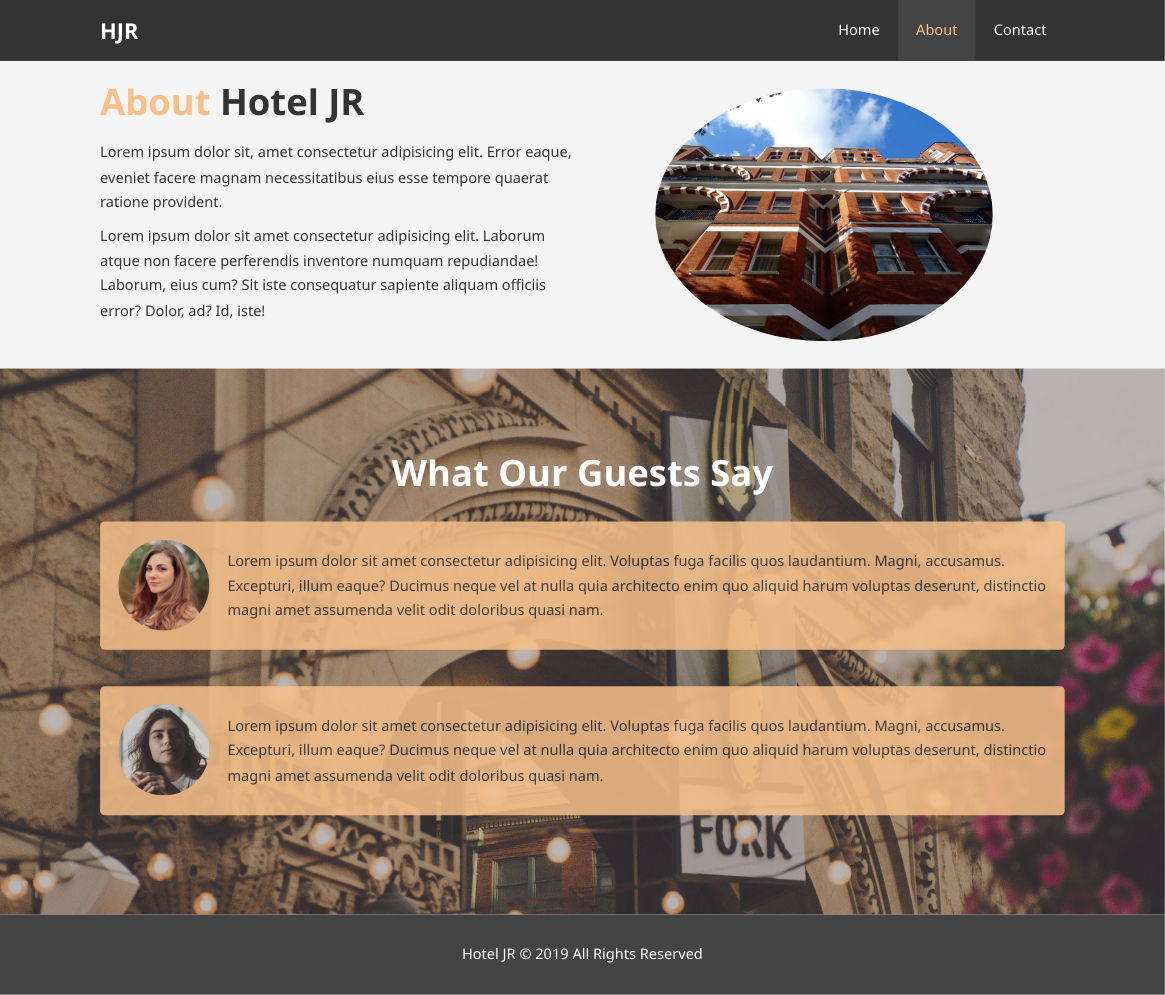
Repository: dimlutine/Hotel-Project
Page: about.html
These files come from the project's save history. The page is drawn as it stood at one moment and after the next save; the edit follows.
The browser window is 1280 px wide. The pictures show the whole page, at 91% of full size.

Above is the page before, as saved 2019-07-06 17:02:15.

### about.html
<!DOCTYPE html>
<html lang="en">

<head>
    <meta charset="UTF-8">
    <meta name="viewport" content="width=device-width, initial-scale=1.0">
    <meta http-equiv="X-UA-Compatible" content="ie=edge">
    <meta name="description" content="Welcome to the neatest hotel in Durham, North Carolina!">
    <meta name="keywords" content="hotel,durham hotel, north carolina hotel, rdu hotel">
    <link rel="stylesheet" href="css/style.css">
    <link rel="stylesheet" media="screen and (max-width: 768px)" href="css/mobile.css">

    <title>Hotel JR | About</title>
</head>

<body>
    <header>
        <nav id="navbar">
            <div class="container">
                <h1 class="logo"><a href="index.html">HJR</a></h1>
                <ul>
                    <li><a href="index.html">Home</a></li>
                    <li><a class="current" href="about.html">About</a></li>
                    <li><a href="contact.html">Contact</a></li>
                </ul>
            </div>

        </nav>

    </header>
    <section id="about-info" class="bg-light py-3">
        <div class="container">
            <div class="info-left">
                <h1 class="l-heading"><span class="text-primary">About</span> Hotel JR</h1>
                <p>Lorem ipsum dolor sit, amet consectetur adipisicing elit. Error eaque, eveniet facere magnam necessitatibus eius esse tempore quaerat ratione provident.</p>
                <p>Lorem ipsum dolor sit amet consectetur adipisicing elit. Laborum atque non facere perferendis inventore numquam repudiandae! Laborum, eius cum? Sit iste consequatur sapiente aliquam officiis error? Dolor, ad? Id, iste!</p>
            </div>
            <div class="info-right">
                <img src="./img/photo-2.jpg" alt="hotel">
            </div>
        </div>
    </section>
    <div class="clr"></div>
    <section id="testimonials" class="py-3">
        <div class="container">
            <h2 class="l-heading">What Our Guests Say</h2>
            <div class="testimonial bg-primary">
                <img src="./img/person-1.jpg" alt="Some Chick">
                <p>Lorem ipsum dolor sit amet consectetur adipisicing elit. Voluptas fuga facilis quos laudantium. Magni, accusamus. Excepturi, illum eaque? Ducimus neque vel at nulla quia architecto enim quo aliquid harum voluptas deserunt, distinctio magni
                    amet assumenda velit odit doloribus quasi nam.</p>

            </div>
            <div class="testimonial bg-primary">
                <img src="./img/person-2.jpg" alt="Some Other Chick">
                <p>Lorem ipsum dolor sit amet consectetur adipisicing elit. Voluptas fuga facilis quos laudantium. Magni, accusamus. Excepturi, illum eaque? Ducimus neque vel at nulla quia architecto enim quo aliquid harum voluptas deserunt, distinctio magni
                    amet assumenda velit odit doloribus quasi nam.</p>

            </div>
        </div>
    </section>
    <footer id="main-footer">
        <p>Hotel JR &copy; 2019 All Rights Reserved</p>
    </footer>
</body>

</html>

### css/style.css
* {
    padding: 0;
    margin: 0;
    box-sizing: border-box;
}

html,
body {
    font-family: 'Segoe UI', 'Segoe UI', Tahoma, Geneva, Verdana, sans-serif;
    line-height: 1.7em;
}

a {
    color: #333;
    text-decoration: none;
}

h1,
h2,
h3 {
    padding-bottom: 20px;
}

p {
    margin: 10px 0;
}


/* Utilities */

.container {
    margin: auto;
    max-width: 1100px;
    overflow: auto;
    padding: 0 20px;
}

.text-primary {
    color: #f7c08a;
}

.lead {
    font-size: 20px;
}

.btn {
    display: inline-block;
    font-size: 18px;
    color: #fff;
    background: #333;
    padding: 13px 20px;
    border: none;
    cursor: pointer;
}

.btn:hover {
    background: #f7c08a;
    color: #333;
}

.btn-light {
    background: #f4f4f4;
    color: #333;
}

.bg-dark {
    background: #333;
    color: #fff;
}

.bg-light {
    background: #f4f4f4;
    color: #333;
}

.bg-primary {
    background: #f7c08a;
    color: #333;
}

.clr {
    clear: both;
}

.l-heading {
    font-size: 40px;
}


/* Padding */

.py-1 {
    padding: 10px 0;
}

.py-2 {
    padding: 20px 0;
}

.py-3 {
    padding: 30px 0;
}

#navbar {
    background: #333;
    color: #fff;
    overflow: auto;
}

#navbar a {
    color: #fff;
}

#navbar .logo {
    float: left;
    padding-top: 20px;
}

#navbar ul {
    float: right;
    list-style: none;
}

#navbar ul li {
    float: left;
}

#navbar ul li a {
    display: block;
    padding: 20px;
    text-align: center;
}

#navbar ul li a:hover,
#navbar ul li a.current {
    background: #444;
    color: #f7c08a;
}


/* Showcase */

#showcase {
    background: url('../img/showcase.jpg') no-repeat center center/cover;
    height: 600px;
}

#showcase .showcase-content {
    color: #fff;
    text-align: center;
    padding-top: 170px;
}

#showcase .showcase-content h1 {
    font-size: 60px;
    line-height: 1.2em;
}

#showcase .showcase-content p {
    padding-bottom: 20px;
    line-height: 1.7em;
}


/* Home Info */

#home-info {
    height: 450px;
}

#home-info .info-img {
    float: left;
    width: 50%;
    background: url('../img/photo-1.jpg') no-repeat;
    min-height: 100%;
}

#home-info .info-content {
    float: right;
    width: 50%;
    height: 100%;
    text-align: center;
    padding: 50px 30px;
    overflow: hidden;
}

#home-info .info-content p {
    padding-bottom: 30px;
}


/*Features*/

.box {
    float: left;
    width: 33.3%;
    padding: 50px;
    text-align: center;
}

.box i {
    margin-bottom: 10px;
}


/* About Info*/

#about-info .info-right {
    float: right;
    width: 50%;
    min-height: 100%;
}

#about-info .info-right img {
    width: 70%;
    display: block;
    margin: auto;
    border-radius: 50%;
}

#about-info .info-left {
    float: left;
    width: 50%;
    min-height: 100%;
}


/* Testimonials */

#testimonials h2 {
    color: #fff;
    text-align: center;
    padding-bottom: 40px;
}

#testimonials {
    height: 600px;
    background: url('../img/test-bg.jpg') no-repeat center center/cover;
    padding-top: 100px;
}

#testimonials .testimonial {
    padding: 20px;
    margin-bottom: 40px;
    border-radius: 5px;
    opacity: .85;
}

#testimonials .testimonial img {
    width: 100px;
    float: left;
    margin-right: 20px;
    border-radius: 50%;
}


/* Contact Form */

#contact-form .form-group {
    margin-bottom: 20px;
}

#contact-form label {
    display: block;
    margin-bottom: 5px;
}

#contact-form input,
#contact-form textarea {
    width: 100%;
    padding: 10px;
    border: 1px #ddd solid;
}

#contact-form textarea {
    height: 200px;
}

#contact-form input:focus,
#contact-form textarea:focus {
    outline: none;
    border-color: #f7c08a;
}


/* Footer */

#main-footer {
    text-align: center;
    background: #444;
    color: #fff;
    padding: 20px;
}

### css/mobile.css
#navbar .logo {
    float: none;
    text-align: center;
}

#navbar ul,
#navbar ul li {
    float: none;
}

#navbar ul li a {
    padding: 5px;
    border-bottom: #444 dotted 1px;
}


/* Home Info */

#home-info {
    height: 550px;
}

#home-info .info-img {
    display: none;
}

#home-info .info-content {
    float: none;
    width: 100%;
}


/* Boxes */

.box {
    float: none;
    width: 100%;
}


/* About */

#about-info .info-right,
#about-info .info-left {
    float: none;
    width: 100%;
}

.l-heading {
    text-align: center;
}

After the next save:
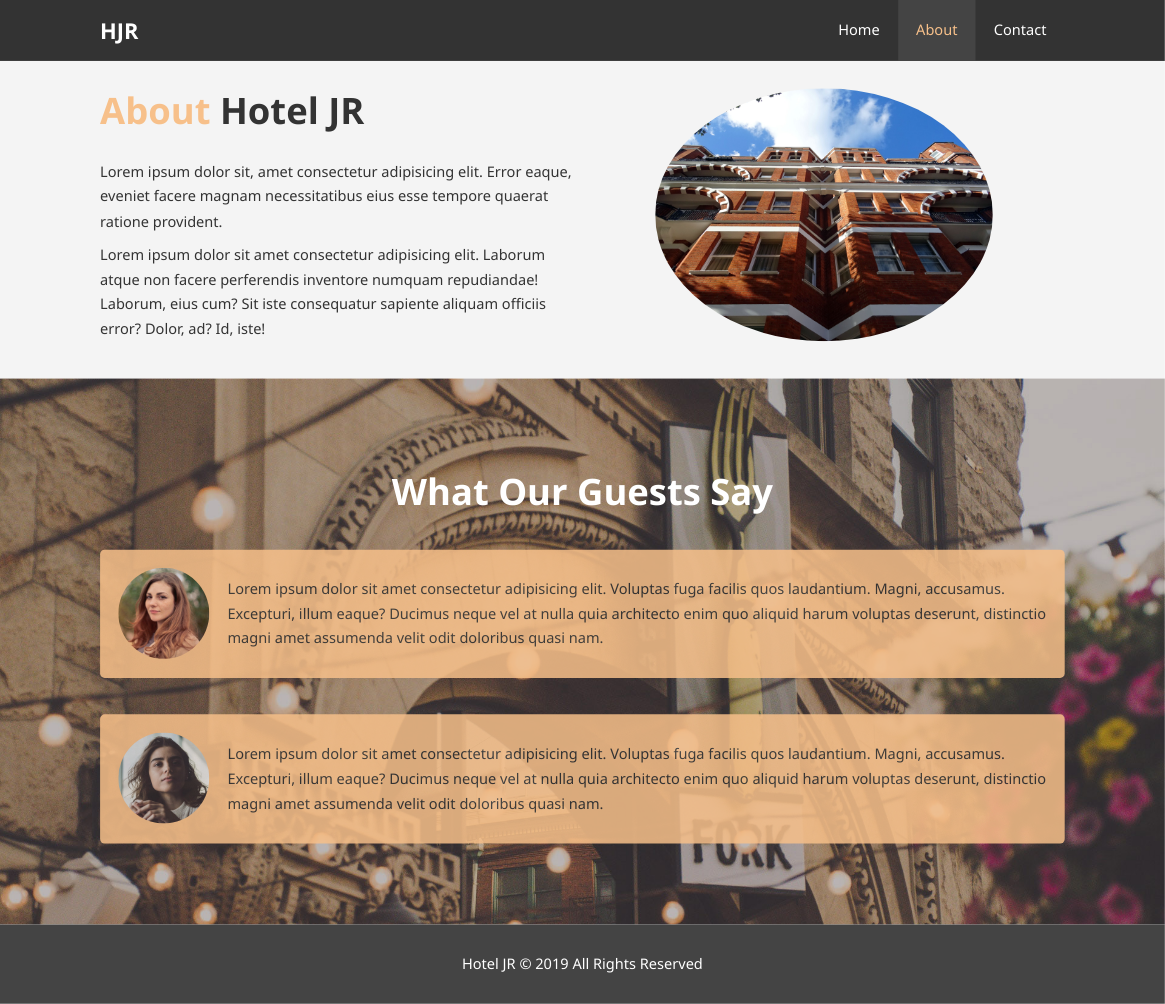
Saved 34 s later.
--- a/css/style.css
+++ b/css/style.css
@@ -84,6 +84,7 @@ p {
 
 .l-heading {
     font-size: 40px;
+    line-height: 1.2;
 }
 
 
